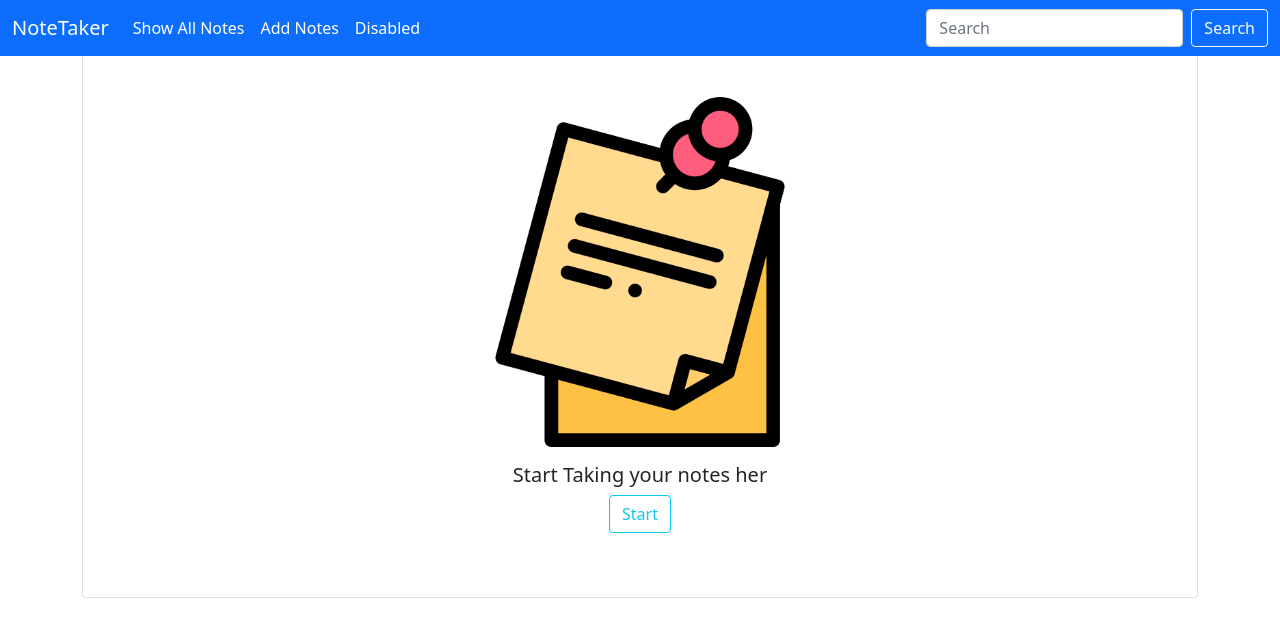
Repository: Shubham-Kumar-cmd/Hibernate
Page: http://localhost/NoteTakerApp/
The author's editor kept a copy of each file at every save. The page is drawn from the files as they stood at one save, then again after the next save.
The browser window is 1280 px wide. The pictures show the whole page.
The page is served by Tomcat 9. Other server files are loaded and not shown.

Above is the page before, as saved 2023-02-08 08:51:28.

### NoteTakerApp/src/main/webapp/index.jsp
<%@ page language="java" contentType="text/html; charset=ISO-8859-1"
	pageEncoding="ISO-8859-1"%>
	<%@include file="header.jsp" %>
<!DOCTYPE html>
<html>
<head>
<meta charset="ISO-8859-1">
<link
	href="https://cdn.jsdelivr.net/npm/bootstrap@5.0.2/dist/css/bootstrap.min.css"
	rel="stylesheet"
	integrity="sha384-EVSTQN3/azprG1Anm3QDgpJLIm9Nao0Yz1ztcQTwFspd3yD65VohhpuuCOmLASjC"
	crossorigin="anonymous">
<title>Header</title>
</head>
<body>

	<div class="container text-center">
		<div class="card my-5 py-5 style="border:2px solid Tomato;">
		  <img src="img/sticky-notes.png" style="max-width: 350px;" class="img-fluid mx-auto" alt="...">
		  <div class="card-body">
		    <h5 class="card-title">Start Taking your notes her</h5>
		    <a href="addNotes.jsp" class="btn btn-outline-info">Start</a>
		  </div>
		</div>
	</div>

</body>
</html>

### NoteTakerApp/src/main/webapp/header.jsp
<%@ page language="java" contentType="text/html; charset=ISO-8859-1"
	pageEncoding="ISO-8859-1"%>
<!DOCTYPE html>
<html>
<head>
<meta charset="ISO-8859-1">
<link
	href="https://cdn.jsdelivr.net/npm/bootstrap@5.0.2/dist/css/bootstrap.min.css"
	rel="stylesheet"
	integrity="sha384-EVSTQN3/azprG1Anm3QDgpJLIm9Nao0Yz1ztcQTwFspd3yD65VohhpuuCOmLASjC"
	crossorigin="anonymous">
<title>Header</title>
</head>
<body>
	<nav class="navbar navbar-expand-lg navbar-primary bg-primary fixed-top">
		<div class="container-fluid">
			<a class="navbar-brand text-white" href="index.jsp">NoteTaker</a>

			<div class="collapse navbar-collapse" id="navbarSupportedContent">
				<ul class="navbar-nav me-auto mb-2 mb-lg-0">
					<li class="nav-item"><a class="nav-link active text-white"
						aria-current="page" href="showAllNotes.jsp">Show All Notes</a></li>
					<li class="nav-item"><a class="nav-link text-white" href="addNotes.jsp">Add Notes</a></li>

					<li class="nav-item"><a class="nav-link text-white" href="#"
						tabindex="-1" aria-disabled="false">Disabled</a></li>
				</ul>
				<form class="d-flex">
					<input class="form-control me-2" type="search" placeholder="Search"
						aria-label="Search">
					<button class="btn btn-outline-light" type="submit">Search</button>
				</form>
			</div>
		</div>
	</nav>
</body>
</html>

After the next save:
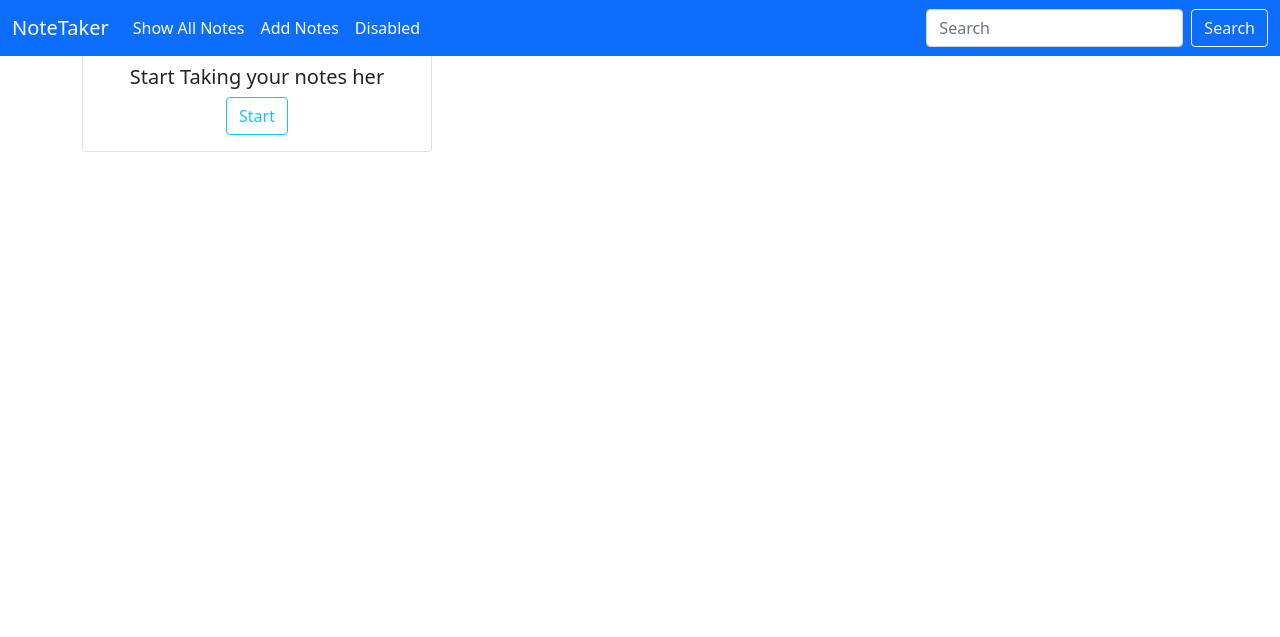
Saved 28 s later.
--- a/NoteTakerApp/src/main/webapp/index.jsp
+++ b/NoteTakerApp/src/main/webapp/index.jsp
@@ -15,7 +15,7 @@
 <body>
 
 	<div class="container text-center">
-		<div class="card my-5 py-5 style="border:2px solid Tomato;">
+		<div class="card my-5 py-5>
 		  <img src="img/sticky-notes.png" style="max-width: 350px;" class="img-fluid mx-auto" alt="...">
 		  <div class="card-body">
 		    <h5 class="card-title">Start Taking your notes her</h5>

After the save that followed:
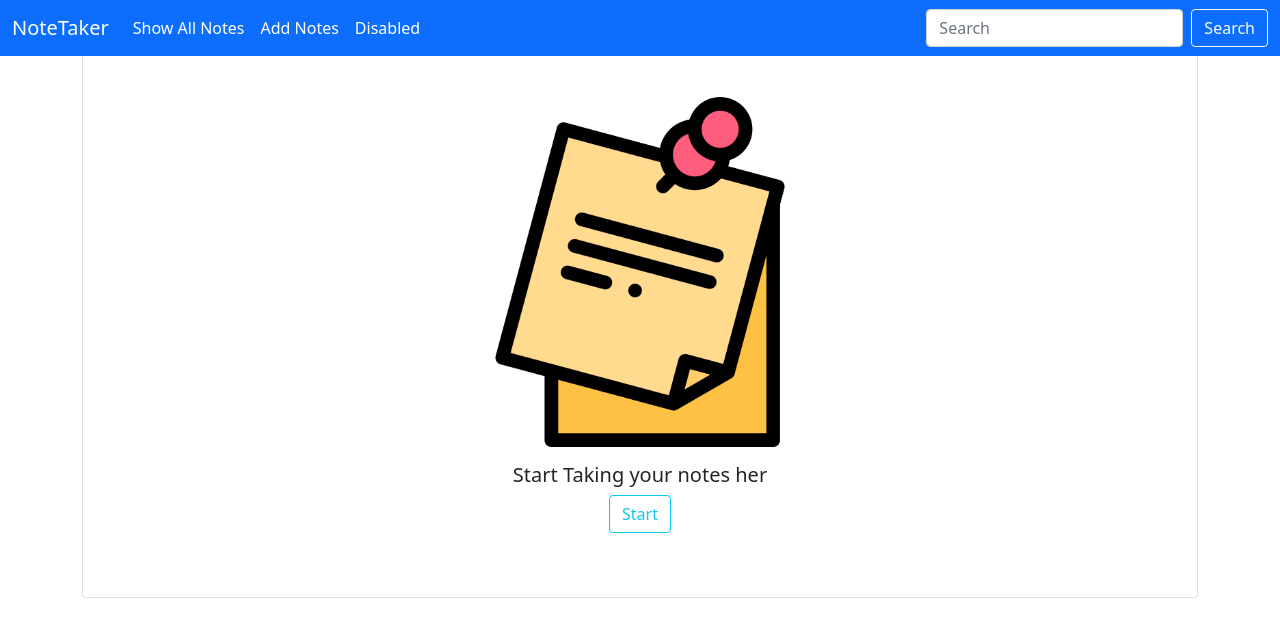
Saved 5 s later.
--- a/NoteTakerApp/src/main/webapp/index.jsp
+++ b/NoteTakerApp/src/main/webapp/index.jsp
@@ -15,7 +15,7 @@
 <body>
 
 	<div class="container text-center">
-		<div class="card my-5 py-5>
+		<div class="card my-5 py-5">
 		  <img src="img/sticky-notes.png" style="max-width: 350px;" class="img-fluid mx-auto" alt="...">
 		  <div class="card-body">
 		    <h5 class="card-title">Start Taking your notes her</h5>
